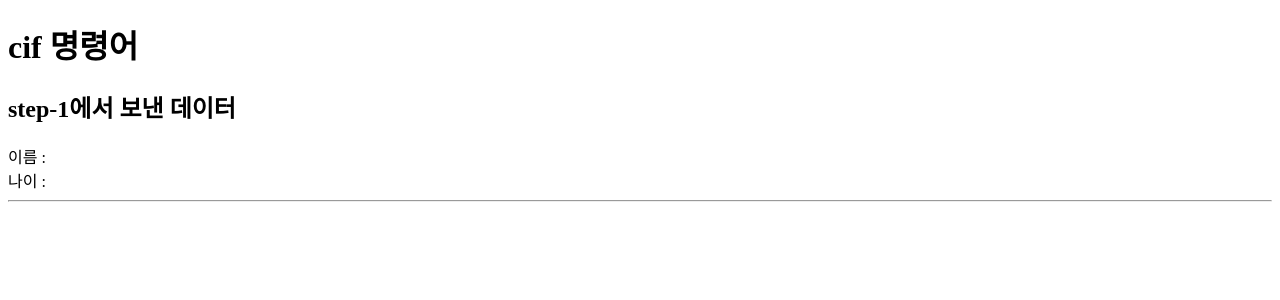
Repository: leechanggyu1118/JSTL_JAVA-WEB_-
Page: http://localhost/jstl_study/step-2.jsp
An editor plug-in stored every save of this project. The page is shown before and after the next save, followed by the edit.
The browser window is 1280 px wide. The pictures show the whole page.
The page is served by Tomcat 9. Other server files are loaded and not shown.

Above is the page before, as saved 2024-04-11 03:02:02.

### jstl_study/src/main/webapp/step-2.jsp
<%@ page language="java" contentType="text/html; charset=UTF-8"
    pageEncoding="UTF-8"%>
    <%@ taglib uri="http://java.sun.com/jsp/jstl/core" prefix="c" %>
<!DOCTYPE html>
<html>
<head>
<meta charset="UTF-8">
<title>Insert title here</title>
</head>
<body>
	<h1>cif 명령어</h1>
	<!-- query String에서 보낸 데이터 받기 (param.key) -->

	<h2>step-1에서 보낸 데이터</h2>
	이름 : ${param.name } <br>
	나이 : ${param.age } <br>

	<hr>
	<c:if test="false">
		<h2>true일 때 실행되는 명령어</h2>
	</c:if>

	<c:if test="${param.age <= 18 }">
		<h2>${param.name}은 미성년자 입니다.</h2>
	</c:if>

	<!-- queryString 방식으로 name=귤$address=제주 stup-3.jsp로 이동  -->
	<!-- step-3.jsp 페이지 생성 후 파라미터 출력 상품명: / 원산지:  -->



</body>
</html>

After the next save:
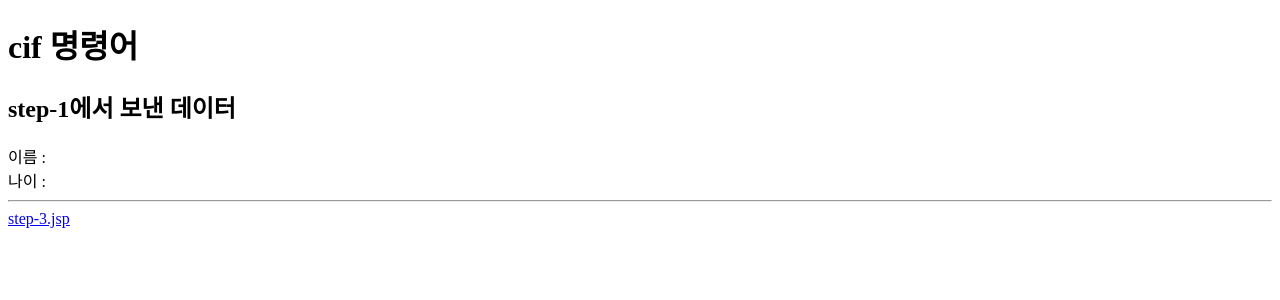
Saved 44 s later.
--- a/jstl_study/src/main/webapp/step-2.jsp
+++ b/jstl_study/src/main/webapp/step-2.jsp
@@ -24,8 +24,9 @@
 		<h2>${param.name}은 미성년자 입니다.</h2>
 	</c:if>
 
-	<!-- queryString 방식으로 name=귤$address=제주 stup-3.jsp로 이동  -->
+	<!-- queryString 방식으로 name=귤&address=제주 step-3.jsp로 이동  -->
 	<!-- step-3.jsp 페이지 생성 후 파라미터 출력 상품명: / 원산지:  -->
+	<a href="step-3.jpg?name=귤&address=제주">step-3.jsp</a>
 
 
 
